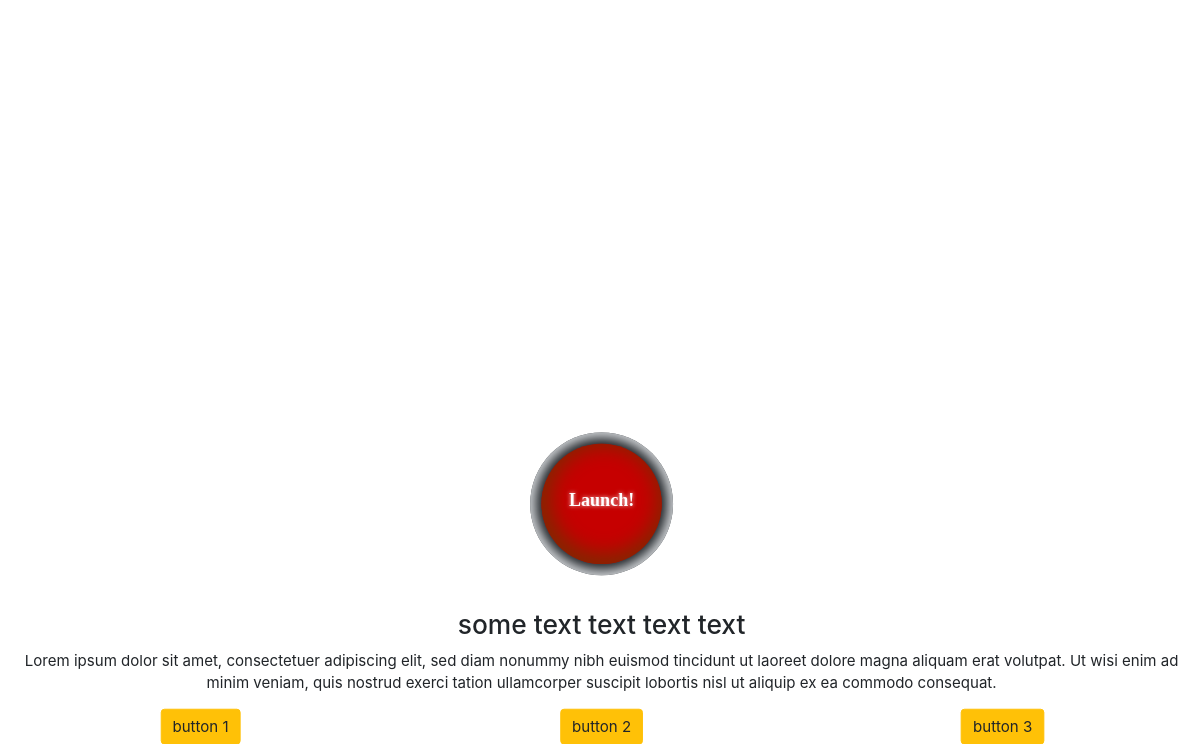
Repository: romqrq/Red-Planet-Explorer
Page: index.html
The author's editor kept a record of every edit. The page is drawn from the files as they stood at one moment, then again after the next edit.
The browser window is 1280 px wide. The pictures show the whole page, at 94% of full size.
The page's requests for data from a server got no answer. Some web fonts or font styles are not loaded; a fallback is used. Some web libraries are served in a nearby version.

Above is the page before.

### index.html
<!DOCTYPE html>
<html lang="en">

<head>
    <meta charset="UTF-8">
    <meta name="viewport" content="width=device-width, initial-scale=1.0">
    <meta http-equiv="X-UA-Compatible" content="ie=edge">
    <title>Red Weather</title>
    <link rel="stylesheet" href="https://cdnjs.cloudflare.com/ajax/libs/font-awesome/5.10.2/css/all.min.css" type="text/css" />
    <link rel="stylesheet" href="https://stackpath.bootstrapcdn.com/bootstrap/4.3.1/css/bootstrap.min.css" crossorigin="anonymous">
    <link rel="stylesheet" href="assets/css/style.css" type="text/css" />

    <!--<script type="text/javascript" src="assets/js/main.js"></script>-->
    <script type="text/javascript" src="assets/js/main2.js"></script>

</head>

<body>
    <header>
        <div class="container-fluid main-screen-container">
            <div class="row social-row">
                <div class="col-12 social-col">
                    <i class="fab fa-facebook-f round-border text-shadow"></i>
                    <i class="fab fa-instagram round-border"></i>
                    <i class="fab fa-twitter round-border"></i>
                    <i class="fab fa-pinterest-p round-border"></i>
                </div>
            </div>
            <div class="row" role="navigation">
                <a class="col-4 text-right main-text-light text-shadow" href="#">menu 1</a>
                <a class="col-4 text-center main-text-light text-shadow" href="#">menu 2</a>
                <a class="col-4 text-left main-text-light text-shadow" href="#">menu 3</a>
            </div>
            <hr class="hr-divider">
            <div class="row">
                <div class="col-12 text-center">
                    <p class="main-title title-shadow">Red Weather</p>
                </div>
            </div>
            <hr class="hr-divider">
            <div class="row">
                <div class="col-12">
                    <p class="main-text-light text-center">Suit up and get ready for launch!</p>
                </div>
            </div>
            <div>
                <div class="launch-button-div">
                    <button class="btn launch-button">Launch!</button>
                </div>
            </div>
            <!--<div class="row">-->
            <!--    <div class=navbar>-->
            <!--        <ul class="navbar-nav">-->
            <!--            <li class="nav-item">-->
            <!--                <a href="#" class="nav-link">menu button 1</a>-->
            <!--            </li>-->
            <!--            <li class="nav-item">-->
            <!--                <a href="#" class="nav-link">menu button 2</a>-->
            <!--            </li>-->
            <!--            <li class="nav-item">-->
            <!--                <a href="#" class="nav-link">menu button 3</a>-->
            <!--            </li>-->
            <!--        </ul>-->
            <!--    </div>-->
            <!--</div>-->
        </div>
        <!--<nav class="navbar navbar-expand-md navbar-dark bg-blue">-->
        <!-- Brand -->
        <!--    <a class="brand-text" href="#"><span class="NE-text">RW</span> | Red Weather</a>-->

        <!-- Toggler/collapsibe Button -->
        <!--    <button class="navbar-toggler" type="button" data-toggle="collapse" data-target="#collapsibleNavbar">-->
        <!--        <span class="navbar-toggler-icon"></span>-->
        <!--    </button>-->

        <!-- Navbar links -->
        <!--    <div class="collapse navbar-collapse" id="collapsibleNavbar">-->
        <!--        <ul class="navbar-nav">-->
        <!--            <li class="nav-item">-->
        <!--                <a class="nav-link" href="#">Link</a>-->
        <!--            </li>-->
        <!--            <li class="nav-item">-->
        <!--                <a class="nav-link" href="#">Link</a>-->
        <!--            </li>-->
        <!--            <li class="nav-item">-->
        <!--                <a class="nav-link" href="#">Link</a>-->
        <!--            </li>-->
        <!--        </ul>-->
        <!--    </div>-->
        <!--</nav>-->
    </header>
    <section class="callout">
        <div class="container-fluid text-center align-middle">
            <div>
                <h3>some text text text text</h3>
                <p>Lorem ipsum dolor sit amet, consectetuer adipiscing elit, sed diam nonummy nibh euismod tincidunt ut laoreet dolore magna aliquam erat volutpat. Ut wisi enim ad minim veniam, quis nostrud exerci tation ullamcorper suscipit lobortis nisl
                    ut aliquip ex ea commodo consequat.</pp>
            </div>
            <div class="row">
                <div class="col-4">
                    <button class="btn btn-warning">button 1</button>
                </div>
                <div class="col-4">
                    <button class="btn btn-warning">button 2</button>
                </div>
                <div class="col-4">
                    <button class="btn btn-warning">button 3</button>
                </div>
            </div>
        </div>

    </section>
    <div id="data"></div>
    <footer>

    </footer>
    <script src="https://code.jquery.com/jquery-3.3.1.slim.min.js" integrity="sha384-q8i/X+965DzO0rT7abK41JStQIAqVgRVzpbzo5smXKp4YfRvH+8abtTE1Pi6jizo" crossorigin="anonymous"></script>
    <script src="https://cdnjs.cloudflare.com/ajax/libs/popper.js/1.14.7/umd/popper.min.js" integrity="sha384-UO2eT0CpHqdSJQ6hJty5KVphtPhzWj9WO1clHTMGa3JDZwrnQq4sF86dIHNDz0W1" crossorigin="anonymous"></script>
    <script src="https://stackpath.bootstrapcdn.com/bootstrap/4.3.1/js/bootstrap.min.js" integrity="sha384-JjSmVgyd0p3pXB1rRibZUAYoIIy6OrQ6VrjIEaFf/nJGzIxFDsf4x0xIM+B07jRM" crossorigin="anonymous"></script>

</body>

</html>

### assets/css/style.css
/*General*/

@import url('https://fonts.googleapis.com/css?family=Revalia|Roboto:400,500|Jura:300,400,500&display=swap');

.testbg {
    position: absolute;
    top: 0;
    left: 0;
    height: 90vh;
    z-index: -1;
}

a {
    text-decoration: none;
    color: inherit;

}

/*.bg-blue {*/

/*    background-color: #01479e;*/

/*}*/

/*.callout {*/

/*    background-color: #e9ecefb0;*/

/*    height: 50vh;*/

/*}*/

.title-shadow {
    text-shadow: -1px 3px 8px #ffffff9e;
}

.text-shadow {
    text-shadow: -1px 1px 4px #ffffff;
}

.no-side-padding {
    padding-left: 0;
    padding-right: 0;
}

.main-screen-container {
    height: 90vh;
    padding: 1rem;
    /*background-image: url("mars.png");*/
    /*background-position: center;*/
    /*background-repeat: no-repeat;*/
    /*background-size: cover;*/
    /*background-color: black;*/
    display: flex;
    flex-direction: column;
    justify-content: space-evenly;
}

.social-row {
    padding: 1rem;
}

.social-col {
    flex-direction: row;
    display: flex;
    justify-content: center;
}

.round-border {
    border-radius: 50%;
    height: 2rem;
    border: 2px solid white;
    width: 2rem;
    justify-content: center;
    display: flex;
    line-height: 1.8rem;
    color: white;
    margin: 0 0.5rem;
}

.main-text-light {
    color: white;
    font-family: "Jura", "Revalia";
    font-weight: 500;
    font-size: 1.3rem;
}

.main-title {
    font-family: "Revalia", "Jura";
    font-size: 3rem;
    color: white;
    padding: 0 0 0.5rem;
}

.hr-divider {
    border-top: 2px solid rgb(255, 255, 255);
    width: 80vw;
}

.launch-button-div {
    height: 9.5rem;
    width: 9.5rem;
    background-color: #212529;
    padding: 0.75rem;
    border-radius: 50%;
    box-shadow: inset 0px 0px 11px 6px #ced1d4;
    margin: auto;
}

.launch-button {
    background-color: #c60000;
    color: white;
    border: 0px solid white;
    font-size: 1.2rem;
    font-family: "Revalia";
    font-weight: 700;
    text-shadow: 0px 0px 5px #ffffffcf;
    padding: 0.5rem 1rem 1rem;
    height: 8rem;
    width: 8rem;
    border-radius: 50%;
    box-shadow: inset 3px -4px 20px 7px #842600;
}

/*.main-subtitle {*/

/*    color: white;*/

/*    font-family: "Jura", "Revalia";*/

/*    font-weight: 500;*/

/*    font-size: 1.3rem;*/

/*}*/

### assets/js/main2.js
var xhr = new XMLHttpRequest();
var roverName = "curiosity";
var solNumber = "" //"&sol=1000";
var camName = "&camera=FHAZ";
var pageNumber = "" //"&page=1"
var earthDate = "earth_date=2015-6-3"

//WORKS xhr.open("GET", "https://api.nasa.gov/insight_weather/?api_key=unJZiQapXhyZamSl37P8FEh7Zlssi7xmaIF4l95b&feedtype=json&ver=1.0");
//WORKS xhr.open("GET", "https://api.nasa.gov/mars-photos/api/v1/rovers/curiosity/latest_photos?api_key=unJZiQapXhyZamSl37P8FEh7Zlssi7xmaIF4l95b&feedtype=json&ver=1.0");
//WORKS xhr.open("GET", "https://api.nasa.gov/mars-photos/api/v1/manifests/curiosity?api_key=unJZiQapXhyZamSl37P8FEh7Zlssi7xmaIF4l95b&feedtype=json&ver=1.0");
xhr.open("GET", `https://api.nasa.gov/mars-photos/api/v1/rovers/${roverName}/photos?${earthDate}${solNumber}${camName}${pageNumber}&api_key=unJZiQapXhyZamSl37P8FEh7Zlssi7xmaIF4l95b`);
xhr.send();


xhr.onreadystatechange = function() {
    if (this.readyState == 4 && this.status == 200) {
        document.getElementById("data").innerHTML = (this.responseText);
        // console.log(typeof(this.responseText));
    }
};

// xhr.onreadystatechange = function() {
//     if (this.readyState == 4 && this.status == 200) {
//         document.getElementById("data").innerHTML = this.responseText;
//     }
// };

After the next edit:
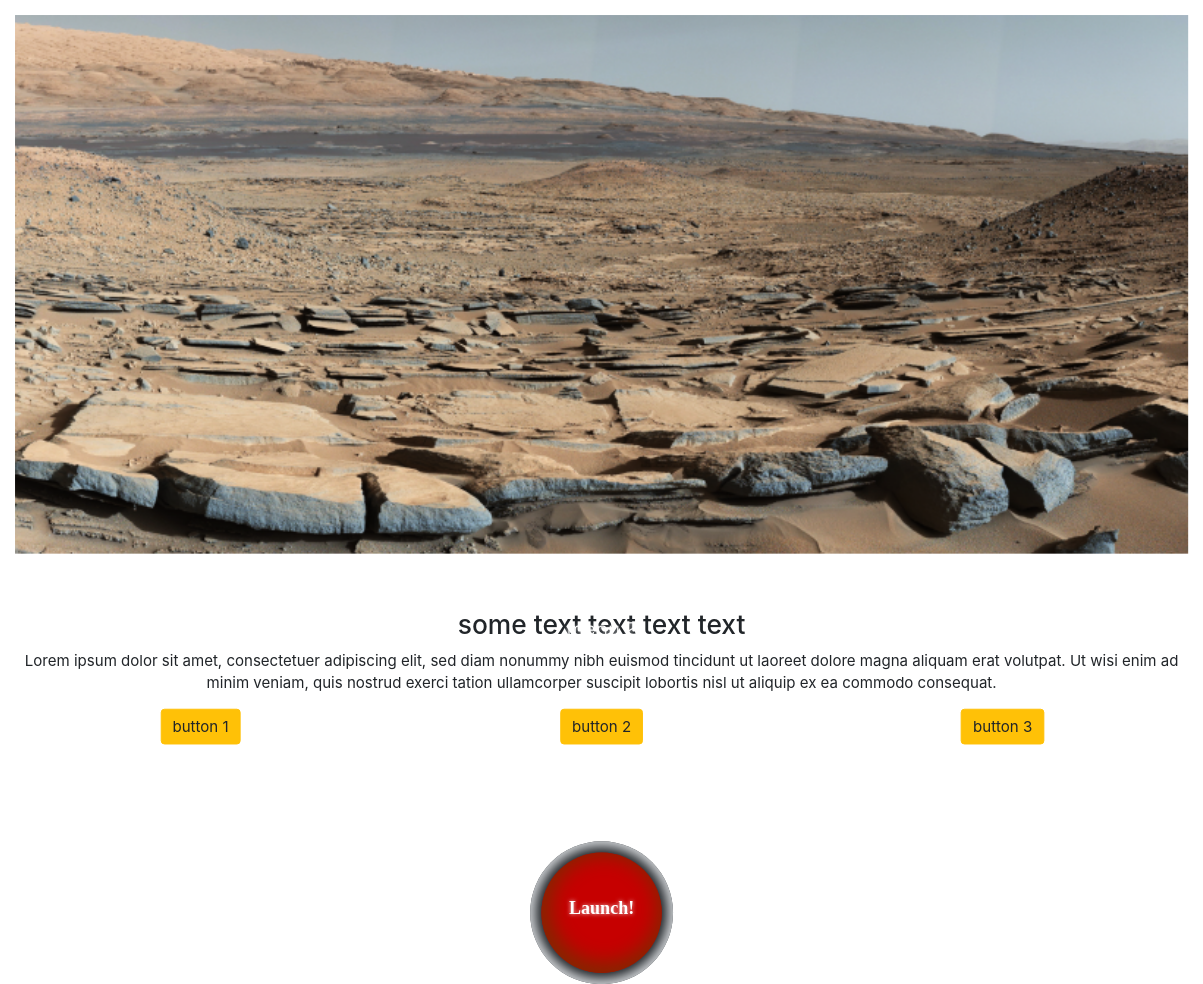
The edit:
--- a/index.html
+++ b/index.html
@@ -18,6 +18,7 @@
 <body>
     <header>
         <div class="container-fluid main-screen-container">
+            <img src="assets/images/mars.png"></img>
             <div class="row social-row">
                 <div class="col-12 social-col">
                     <i class="fab fa-facebook-f round-border text-shadow"></i>
